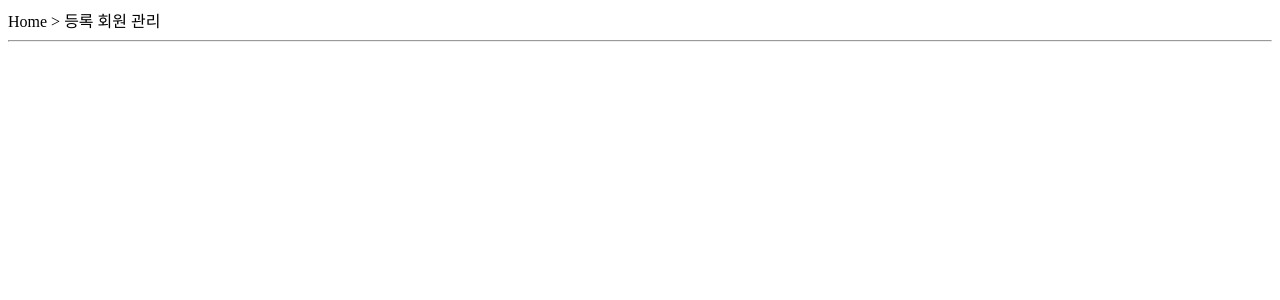
Repository: jodawoon/JSP
Page: http://localhost/jsp/membersList.jsp
The author's editor kept a copy of each file at every save. The page is drawn from the files as they stood at one save, then again after the next save.
The browser window is 1280 px wide. The pictures show the whole page.
The page is served by Tomcat 9. Queries for data that is not in the repository find no rows.

Above is the page before, as saved 2022-12-05 01:32:44.

### jsp/WebContent/membersList.jsp
<%@ page language="java" contentType="text/html; charset=UTF-8"
    pageEncoding="UTF-8"%>
<%@ page import="java.sql.*" %>
<%@ include file = "dbConn.jsp" %>
<!DOCTYPE html>
<html>
<head>
<meta charset="UTF-8">
<title>회원명단열람</title>
</head>
<body>
Home > 등록 회원 관리
    <hr>
    <%
        Statement sm = conn.createStatement();
        ResultSet rs = sm.executeQuery("SELECT id, email FROM members");
        String str = "";
        int count = 1;

        while(rs.next()){
            str += count + " : " + rs.getString("id") + " / " + rs.getString("email")
                   + "<br>";
            count++;
        }
        out.print(str);

        rs.close();
        sm.close();
        conn.close();
    %>

</body>
</html>

### jsp/WebContent/dbConn.jsp
<%@ page language="java" contentType="text/html; charset=UTF-8"
    pageEncoding="UTF-8"%>
<%@ page import="java.sql.*" %>
<!DOCTYPE html>
<html>
<head>
<meta charset="UTF-8">
<title>db접속</title>
</head>
<body>
<%
	Connection conn=null;

	String url="jdbc:mysql://localhost:3306/webprogram";
	String user="root";
	String passwd="1234";

	Class.forName("com.mysql.jdbc.Driver");
	conn=DriverManager.getConnection(url,user,passwd);
%>
</body>
</html>

After the next save:
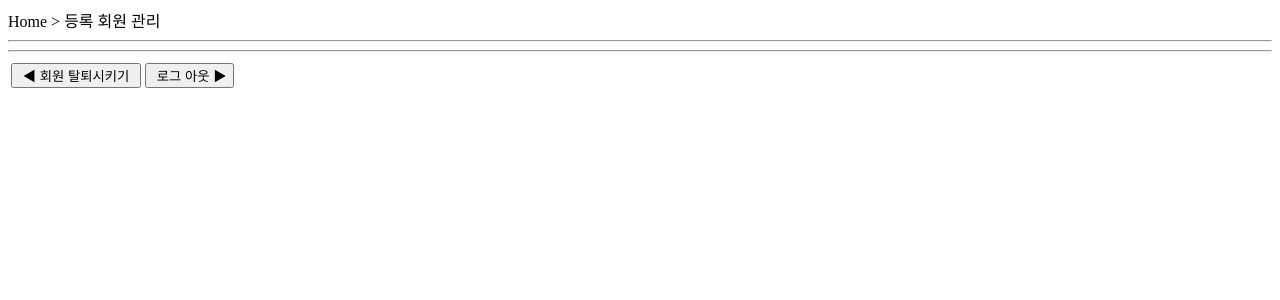
Saved 20 s later.
--- a/jsp/WebContent/membersList.jsp
+++ b/jsp/WebContent/membersList.jsp
@@ -28,6 +28,21 @@ Home > 등록 회원 관리
         sm.close();
         conn.close();
     %>
+<hr>
+    <table border="0">
+        <tr>
+            <td>
+                <form action="withdraw.jsp" method="post" >
+                    <input type="submit" value=" ◀ 회원 탈퇴시키기 " >
+                </form>
+            </td>
+            <td>
+                <form action="logout.jsp" method="post" >
+                    <input type="submit" value=" 로그 아웃 ▶" >
+                </form>
+            </td>
+        </tr>
+    </table>
 
 </body>
 </html>
